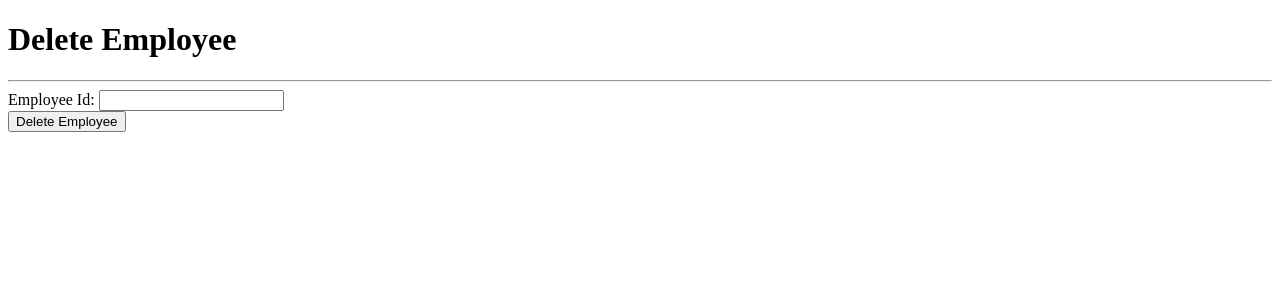
Repository: laikrish/day10
Page: http://localhost/EmployeeApp/deleteEmployee.jsp
These files come from the project's save history. The page is drawn as it stood at one moment and after the next save; the edit follows.
The browser window is 1280 px wide. The pictures show the whole page.
The page is served by Tomcat 9.

Above is the page before, as saved 2018-09-08 09:14:24.

After the next save:
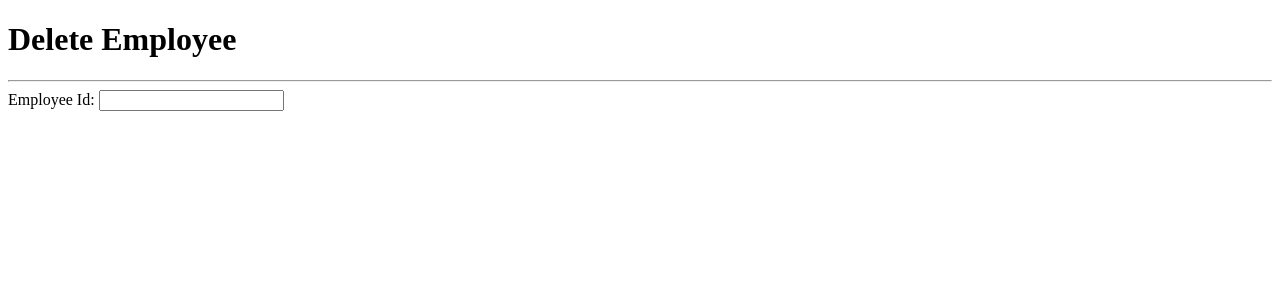
Saved 2 min 30 s later.
--- a/EmployeeApp/WebContent/deleteEmployee.jsp
+++ b/EmployeeApp/WebContent/deleteEmployee.jsp
@@ -14,7 +14,7 @@
     <input type="number" name="empId" required/>
     <br>
 <!--     <th><input type="submit" name="Delete"/></th> -->
-  <input type="submit" value="Delete Employee"/>
+<!--   <input type="submit" value="Delete Employee"/> -->
     <br>
 </form>
 </body>
